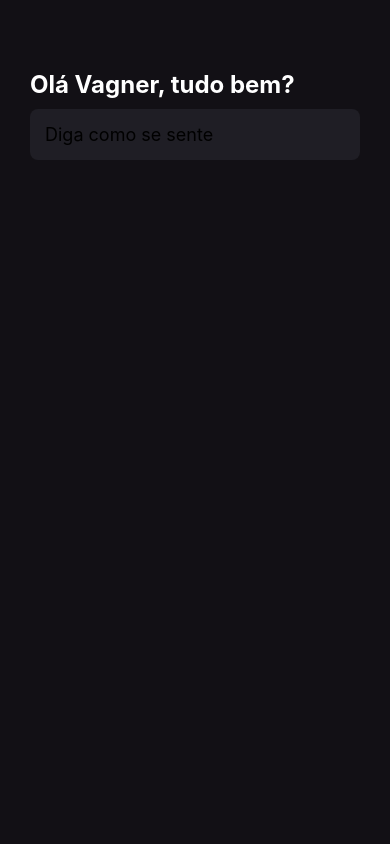
Repository: vagnereix/01-myskills-trilha-react-native
Screen: /
These files come from the project's save history. The screen is drawn as it stood at one moment and after the next save; the edit follows.
The app was drawn by React Native's web renderer in a window 390 px wide. The project was rebuilt for these pictures with package versions that can differ from the ones it lists, and the page was loaded fresh each time.

Above is the screen before, as saved 2021-06-17 17:23:20.

After the next save:
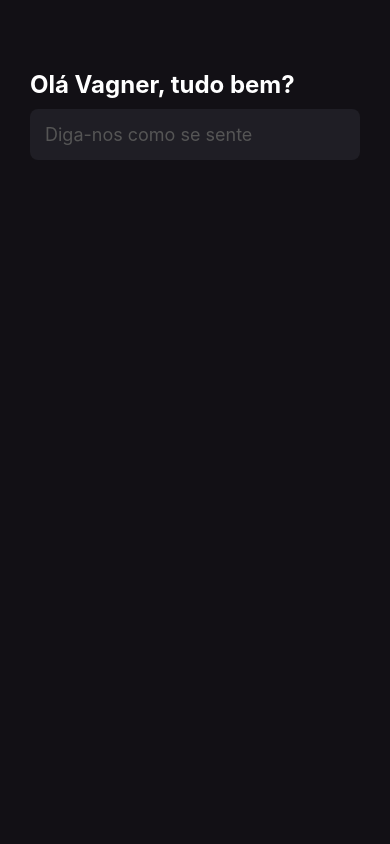
Saved 50 s later.
--- a/pages/home.tsx
+++ b/pages/home.tsx
@@ -8,7 +8,8 @@ export function Home() {
 
         <TextInput
             style={styles.input}
-            placeholder="Diga como se sente"
+            placeholder="Diga-nos como se sente"
+            placeholderTextColor="#555"
         />
       </View>
     );
